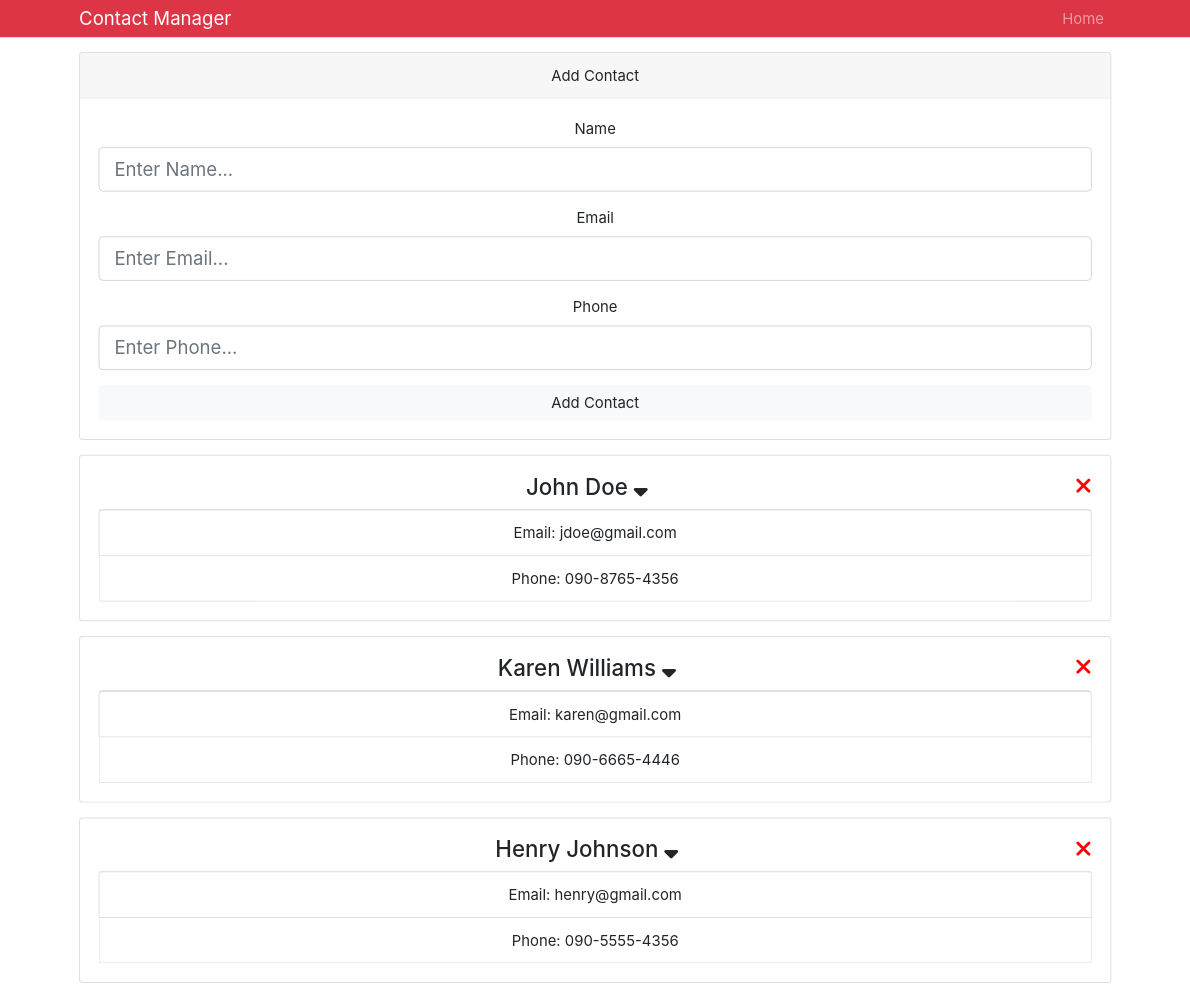
Repository: IkennaU/contactmanager
Page: /contact/add
An editor plug-in stored every save of this project. The page is shown before and after a run of saves, followed by the edit.
The browser window is 1280 px wide. The pictures show the whole page, at 93% of full size.
Some web libraries are served in a nearby version. The project was rebuilt for these pictures with package versions that can differ from the ones it lists, and the page was loaded fresh each time.

Above is the page before, as saved 2020-07-22 09:41:38.

### public/index.html
<!DOCTYPE html>
<html lang="en">
  <head>
    <meta charset="utf-8" />
    <link rel="icon" href="%PUBLIC_URL%/favicon.ico" />
    <meta name="viewport" content="width=device-width, initial-scale=1" />
    <meta name="theme-color" content="#000000" />
    <meta
      name="description"
      content="Web site created using create-react-app"
    />
    <link rel="apple-touch-icon" href="%PUBLIC_URL%/logo192.png" />
    <!--
      manifest.json provides metadata used when your web app is installed on a
      user's mobile device or desktop. See https://developers.google.com/web/fundamentals/web-app-manifest/
    -->
    <link rel="manifest" href="%PUBLIC_URL%/manifest.json" />
    <!--
      Notice the use of %PUBLIC_URL% in the tags above.
      It will be replaced with the URL of the `public` folder during the build.
      Only files inside the `public` folder can be referenced from the HTML.

      Unlike "/favicon.ico" or "favicon.ico", "%PUBLIC_URL%/favicon.ico" will
      work correctly both with client-side routing and a non-root public URL.
      Learn how to configure a non-root public URL by running `npm run build`.
    -->
    <title>Contact Manager</title>
  </head>
  <body>
    <noscript>You need to enable JavaScript to run this app.</noscript>
    <div id="root"></div>
    <!--
      This HTML file is a template.
      If you open it directly in the browser, you will see an empty page.

      You can add webfonts, meta tags, or analytics to this file.
      The build step will place the bundled scripts into the <body> tag.

      To begin the development, run `npm start` or `yarn start`.
      To create a production bundle, use `npm run build` or `yarn build`.
    -->
  </body>
  <script src="https://kit.fontawesome.com/98795c63b9.js"></script>
</html>

### src/App.js
import React from "react";
import Contacts from "./components/contacts/Contacts";
import Header from "./components/layout/Header";
import AddContact from "./components/contacts/AddContact";
import "bootstrap/dist/css/bootstrap.min.css";
import { Provider } from "./context";

import "./App.css";

function App() {
  return (
    <Provider>
      <div className="App">
        <Header branding="Contact Manager" />
        <div className="container">
          <AddContact />
          <Contacts />
        </div>
      </div>
    </Provider>
  );
}

export default App;

### src/components/contacts/Contacts.js
import React, { Component } from "react";
import PropTypes from "prop-types";
import Contact from "../contacts/Contact";
import { Consumer } from "../../context";

class Contacts extends Component {
  static propTypes = {};

  render() {
    return (
      <Consumer>
        {(value) => {
          return (
            <div>
              {value.contacts.map((contact) => (
                <Contact key={contact.id} contact={contact} />
              ))}{" "}
            </div>
          );
        }}
      </Consumer>
    );
  }
}

export default Contacts;

### src/components/layout/Header.js
import React from "react";
import PropTypes from "prop-types";

function Header(props) {
  return (
    <nav className="navbar navbar-expand-sm navbar-dark bg-danger mb-3 py-0">
      <div className="container">
        <a href="/" className="navbar-brand">
          {props.branding}
        </a>
        <div>
          <ul className="navbar-nav mr-auto">
            <li className="nav-item">
              <a href="/" className="nav-link">
                Home
              </a>
            </li>
          </ul>
        </div>
      </div>
    </nav>
  );
}
Header.propTypes = { branding: PropTypes.string.isRequired };

export default Header;

### src/components/contacts/AddContact.js
import React, { Component } from "react";
import PropTypes from "prop-types";

class AddContact extends Component {
  static propTypes = {};

  state = { name: "", email: "", phone: "" };
  onChange = (e) => this.setState({ [e.target.name]: e.target.value });
  onSubmit = (e) => {
    e.preventDefault();
  };

  render() {
    return (
      <div className="card mb-3">
        <div className="card-header">Add Contact</div>
        <div className="card-body">
          <form onSubmit={this.onSubmit}>
            <div className="form-group">
              <label htmlFor="name">Name</label>
              <input
                type="text"
                name="name"
                className="form-control form-control-lg"
                placeholder="Enter Name..."
                value={this.state.name}
                onChange={this.onChange}
              />
            </div>
            <div className="form-group">
              <label htmlFor="email">Email</label>
              <input
                type="email"
                name="email"
                className="form-control form-control-lg"
                placeholder="Enter Email..."
                value={this.state.email}
                onChange={this.onChange}
              />
            </div>
            <div className="form-group">
              <label htmlFor="phone">Phone</label>
              <input
                type="text"
                name="phone"
                className="form-control form-control-lg"
                placeholder="Enter Phone..."
                value={this.state.phone}
                onChange={this.onChange}
              />
            </div>
            <input
              type="submit"
              value="Add Contact"
              className="btn btn-light btn-block"
            />
          </form>
        </div>
      </div>
    );
  }
}

export default AddContact;

### src/context.js
import React, { Component } from "react";

const Context = React.createContext();
const reducer = (state, action) => {
  switch (action.type) {
    case "DELETE_CONTACT":
      return {
        ...state,
        contacts: state.contacts.filter(
          (contact) => contact.id !== action.payload
        ),
      };
    default:
      return state;
  }
};

export class Provider extends Component {
  state = {
    contacts: [
      {
        id: 1,
        name: "John Doe",
        email: "jdoe@gmail.com",
        phone: "090-8765-4356",
      },
      {
        id: 2,
        name: "Karen Williams",
        email: "karen@gmail.com",
        phone: "090-6665-4446",
      },
      {
        id: 3,
        name: "Henry Johnson",
        email: "henry@gmail.com",
        phone: "090-5555-4356",
      },
    ],
    dispatch: (action) => {
      this.setState((state) => reducer(state, action));
    },
  };
  render() {
    return (
      <Context.Provider value={this.state}>
        {this.props.children}
      </Context.Provider>
    );
  }
}
export const Consumer = Context.Consumer;

### src/components/contacts/Contact.js
import React, { Component } from "react";
import PropTypes from "prop-types";
import { Consumer } from "../../context";

class Contact extends Component {
  static propTypes = {
    contact: PropTypes.object.isRequired,
  };
  state = {
    showContactInfo: true,
  };
  onShowClick = (e) => {
    this.setState({ showContactInfo: !this.state.showContactInfo });
  };
  onDeleteClick = (id, dispatch) => {
    dispatch({ type: "DELETE_CONTACT", payload: id });
  };

  render() {
    return (
      <Consumer>
        {(value) => {
          return (
            <div className="card card-body mb-3">
              <h4>
                {this.props.contact.name}{" "}
                <i
                  onClick={this.onShowClick}
                  className="fas fa-sort-down"
                  style={{ cursor: "pointer" }}
                />
                <i
                  className="fas fa-times"
                  style={{ cursor: "pointer", float: "right", color: "red" }}
                  onClick={this.onDeleteClick.bind(
                    this,
                    this.props.contact.id,
                    value.dispatch
                  )}
                ></i>
              </h4>
              {this.state.showContactInfo ? (
                <ul className="list-group">
                  <li className="list-group-item">
                    Email: {this.props.contact.email}
                  </li>
                  <li className="list-group-item">
                    Phone: {this.props.contact.phone}
                  </li>
                </ul>
              ) : null}
            </div>
          );
        }}
      </Consumer>
    );
  }
}

export default Contact;

Loaded but not shown: src/index.js (common file); src/serviceWorker.js (common file); src/App.css (common file)

After the next 2 saves:
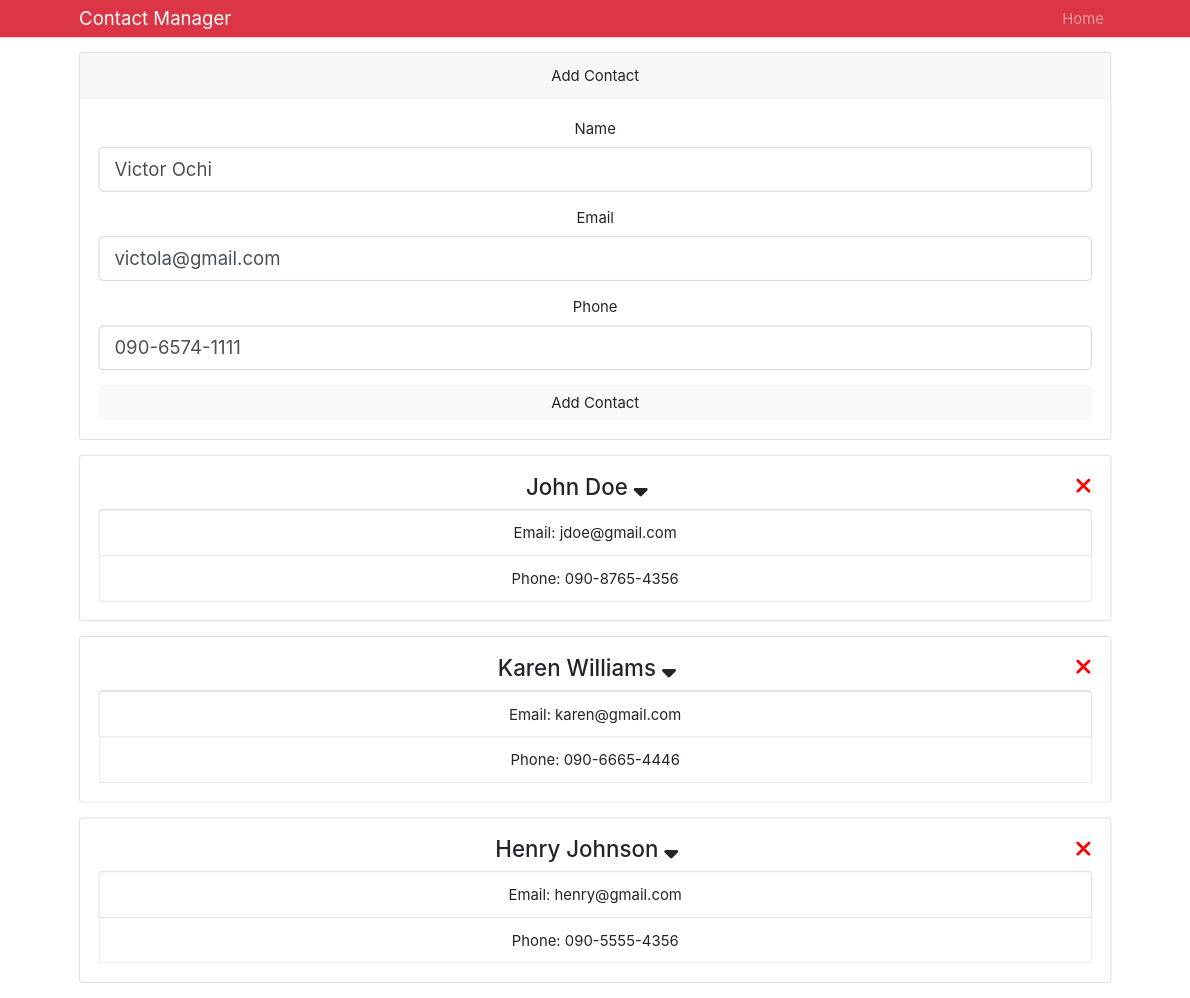
The 2 saves are shown as one change because 1 did not build or start.
The last was saved 6 min 20 s later.
--- a/src/components/contacts/AddContact.js
+++ b/src/components/contacts/AddContact.js
@@ -2,10 +2,12 @@ import React, { Component } from "react";
 import PropTypes from "prop-types";
 
 class AddContact extends Component {
-  static propTypes = {};
+  static defaultProps = {
+    name: "Victor Ochi",
+    email: "victola@gmail.com",
+    phone: "090-6574-1111",
+  };
 
-  state = { name: "", email: "", phone: "" };
-  onChange = (e) => this.setState({ [e.target.name]: e.target.value });
   onSubmit = (e) => {
     e.preventDefault();
   };
@@ -23,8 +25,7 @@ class AddContact extends Component {
                 name="name"
                 className="form-control form-control-lg"
                 placeholder="Enter Name..."
-                value={this.state.name}
-                onChange={this.onChange}
+                value={this.props.name}
               />
             </div>
             <div className="form-group">
@@ -34,8 +35,7 @@ class AddContact extends Component {
                 name="email"
                 className="form-control form-control-lg"
                 placeholder="Enter Email..."
-                value={this.state.email}
-                onChange={this.onChange}
+                value={this.props.email}
               />
             </div>
             <div className="form-group">
@@ -45,8 +45,7 @@ class AddContact extends Component {
                 name="phone"
                 className="form-control form-control-lg"
                 placeholder="Enter Phone..."
-                value={this.state.phone}
-                onChange={this.onChange}
+                value={this.props.phone}
               />
             </div>
             <input
